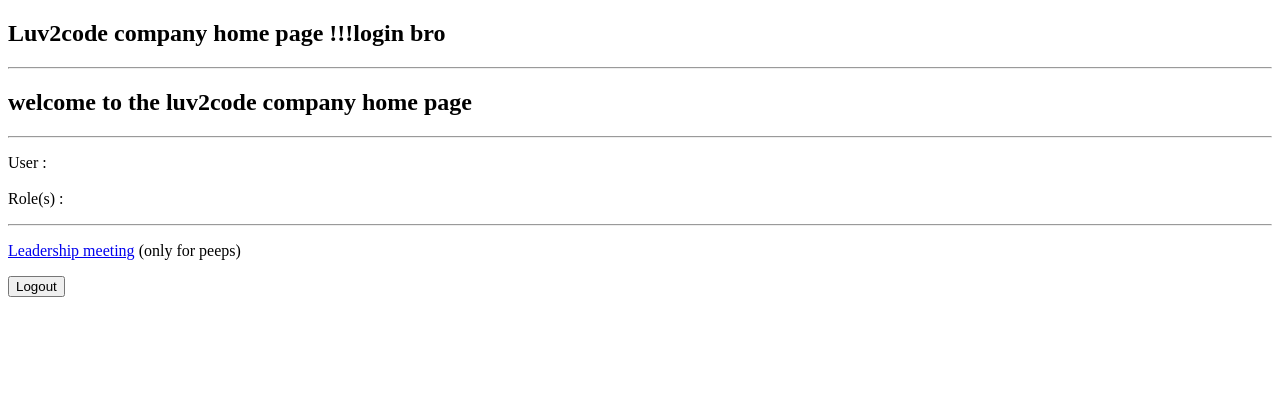
Repository: lalitkoli11121998/SpringProject
Page: http://localhost/spring-security-demo03-custom-login-form/WEB-INF/view/home.jsp
An editor plug-in stored every save of this project. The page is shown before and after the next save, followed by the edit.
The browser window is 1280 px wide. The pictures show the whole page.
The page is served by Tomcat 9. Nobody is signed in. The template is opened directly, without the code that normally fills it, so the values that code supplies are empty.

Above is the page before, as saved 2021-05-20 21:32:43.

After the next save:
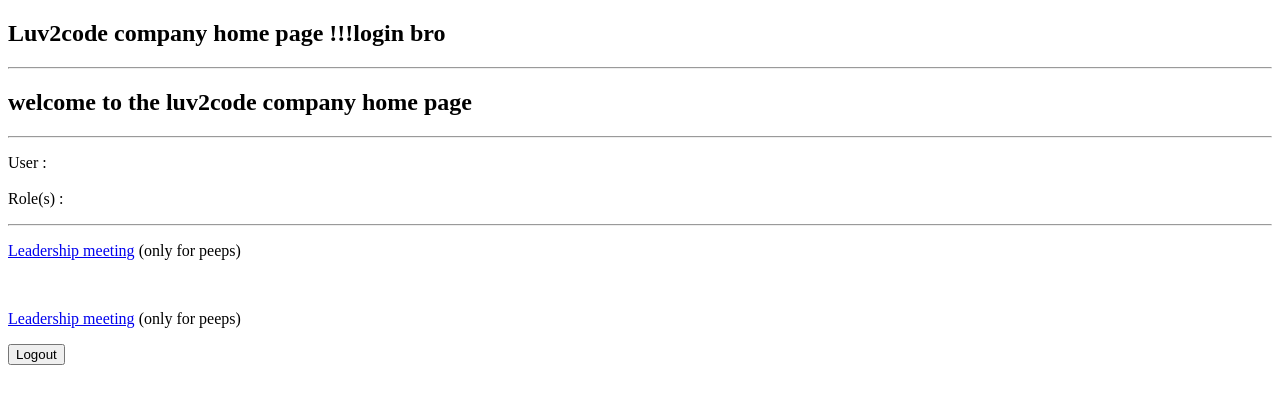
Saved 110 s later.
--- a/spring-security-demo03-custom-login-form/src/main/webapp/WEB-INF/view/home.jsp
+++ b/spring-security-demo03-custom-login-form/src/main/webapp/WEB-INF/view/home.jsp
@@ -26,6 +26,11 @@
        <a href ="${pageContext.request.contextPath}/leaders">Leadership meeting</a>
        (only for peeps)
     </p>
+    <br>
+     <p>
+       <a href ="${pageContext.request.contextPath}/leaders">Leadership meeting</a>
+       (only for peeps)
+    </p>
     <form:form action = "${pageContext.request.contextPath}/logout" method ="POST">
 
           <input type = "submit" value = "Logout">
